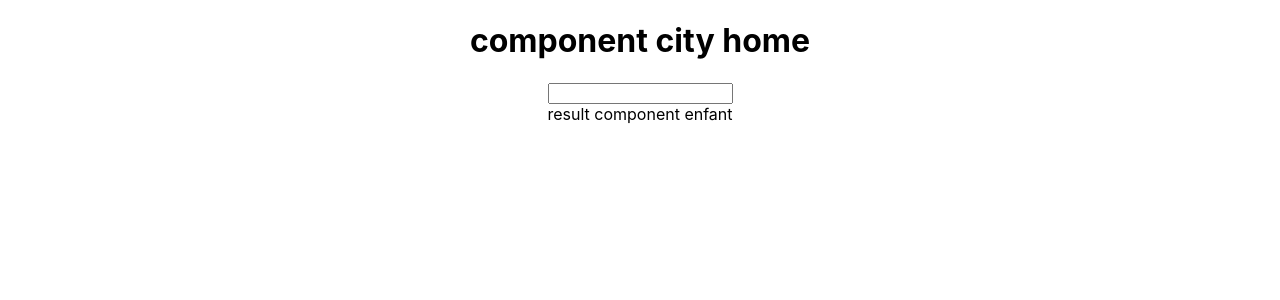
Repository: julieLyM/app-weather
Page: / (app in client/)
The author's editor kept a copy of each file at every save. The page is drawn from the files as they stood at one save, then again after a run of saves.
The browser window is 1280 px wide. The pictures show the whole page.
The project was rebuilt for these pictures with package versions that can differ from the ones it lists, and the page was loaded fresh each time.

Above is the page before, as saved 2020-08-28 10:17:53.

### client/src/App.js
import React from "react";
import City from "./components/City";
import "./App.css";

function App() {
  return (
    <div className="App">
      <City />
    </div>
  );
}

export default App;

### client/src/components/City.js
import React, { Component } from 'react';

import { Results } from './Results';
import { SearchBar } from './SearchBar';

import { getWeatherByCity } from '../service/data';

export default class City extends Component {
  state = {
    city: '',
    resultCity: null,
  };

  onChange = ({ target: { value: city } }) => {
    this.setState({ city });
  };

  searchCity = async () => {
    const { data } = async () => {
      await getWeatherByCity(this.state.city);
      this.setState({ resultCity: data });
    };
  };

  onKeyDown = (e) => {
    if (e.key === 'Enter') {
      this.searchCity();
    }
  };

  render() {
    return (
      <div>
        <h1>component city home</h1>
        <SearchBar />
        <Results />
      </div>
    );
  }
}

### client/src/components/Results.js
import React from 'react';

export const Results = () => {
  return <div>result component enfant</div>;
};

### client/src/components/SearchBar.js
import React from 'react';

export const SearchBar = () => {
  return (
    <div>
      <input></input>
    </div>
  );
};

### client/src/service/data.js
import axios from 'axios';

export const getWeatherByCity = async (cityName) => {
  return await axios.get(`api/v1/weatherCity`, { params: { q: cityName } });
};

export const getWeatherForFiveDaysByCity = async (cityName) => {
  return await axios.get(`api/v1/weatherCity/forecast`, {
    params: { q: cityName },
  });
};

Loaded but not shown: client/public/index.html (common file); client/src/index.js (common file); client/src/index.css (common file); client/src/serviceWorker.js (common file); client/src/App.css (common file)

After the next 2 saves:
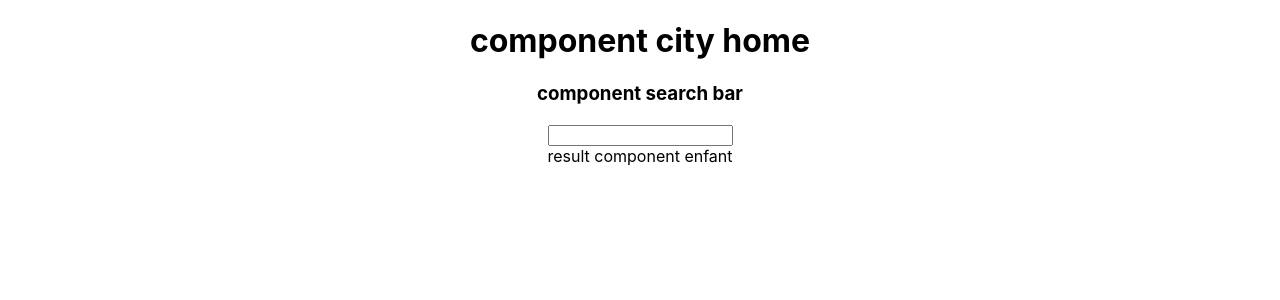
The 2 saves are shown as one change because 1 did not build or start.
The last was saved 13 s later.
--- a/client/src/components/SearchBar.js
+++ b/client/src/components/SearchBar.js
@@ -3,6 +3,7 @@ import React from 'react';
 export const SearchBar = () => {
   return (
     <div>
+      <h3>component search bar</h3>
       <input></input>
     </div>
   );
